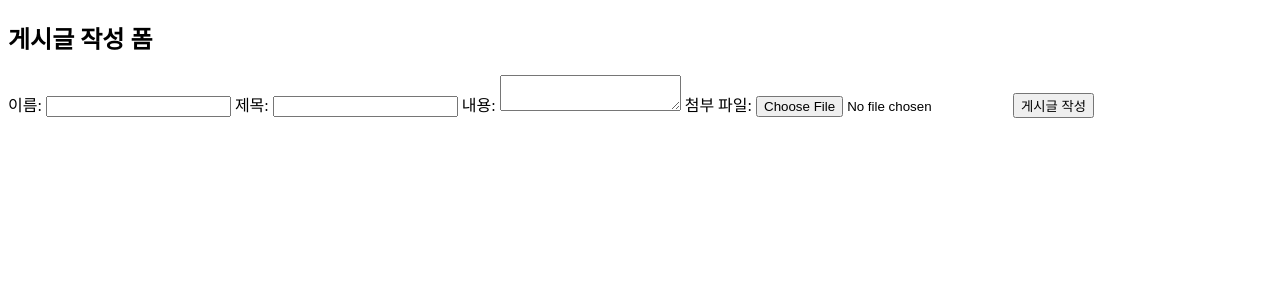
Repository: heyJSH/Study_java_web_sol
Page: http://localhost/jspweb_09/writeform.jsp
The author's editor kept a copy of each file at every save. The page is drawn from the files as they stood at one save, then again after the next save.
The browser window is 1280 px wide. The pictures show the whole page.
The page is served by Tomcat 9. Other server files are loaded and not shown.

Above is the page before, as saved 2024-01-15 03:21:52.

### workspace_stsb/jspweb_09/src/main/webapp/writeform.jsp
<%@ page language="java" contentType="text/html; charset=UTF-8"
    pageEncoding="UTF-8"%>
<!DOCTYPE html>
<html>
<head>
<meta charset="UTF-8">
<title>Insert title here</title>
</head>
<body>
	<!-- html 글쓰기 폼 -->
	<div class="container">
    <h2>게시글 작성 폼</h2>
    <form action="#" method="post" enctype="multipart/form-data">
      <label for="employeeName">이름:</label>
      <input type="text" id="employeeName" name="employeeName" required>

      <label for="postTitle">제목:</label>
      <input type="text" id="postTitle" name="postTitle" required>

      <label for="postContent">내용:</label>
      <textarea id="postContent" name="postContent" required></textarea>

      <label for="fileAttachment">첨부 파일:</label>
      <input type="file" id="fileAttachment" name="fileAttachment">

      <button type="submit">게시글 작성</button>
    </form>
  </div>
</body>
</html>

After the next save:
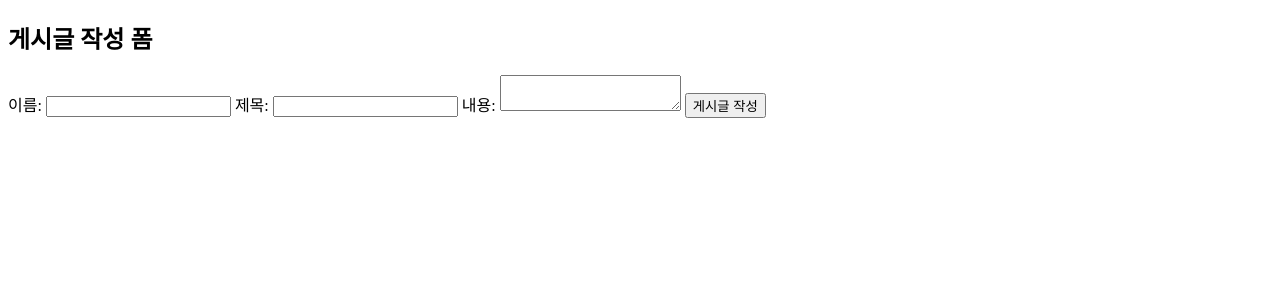
Saved 43 s later.
--- a/workspace_stsb/jspweb_09/src/main/webapp/writeform.jsp
+++ b/workspace_stsb/jspweb_09/src/main/webapp/writeform.jsp
@@ -20,8 +20,8 @@
       <label for="postContent">내용:</label>
       <textarea id="postContent" name="postContent" required></textarea>
 
-      <label for="fileAttachment">첨부 파일:</label>
-      <input type="file" id="fileAttachment" name="fileAttachment">
+      <!-- <label for="fileAttachment">첨부 파일:</label>
+      <input type="file" id="fileAttachment" name="fileAttachment">  -->
 
       <button type="submit">게시글 작성</button>
     </form>
